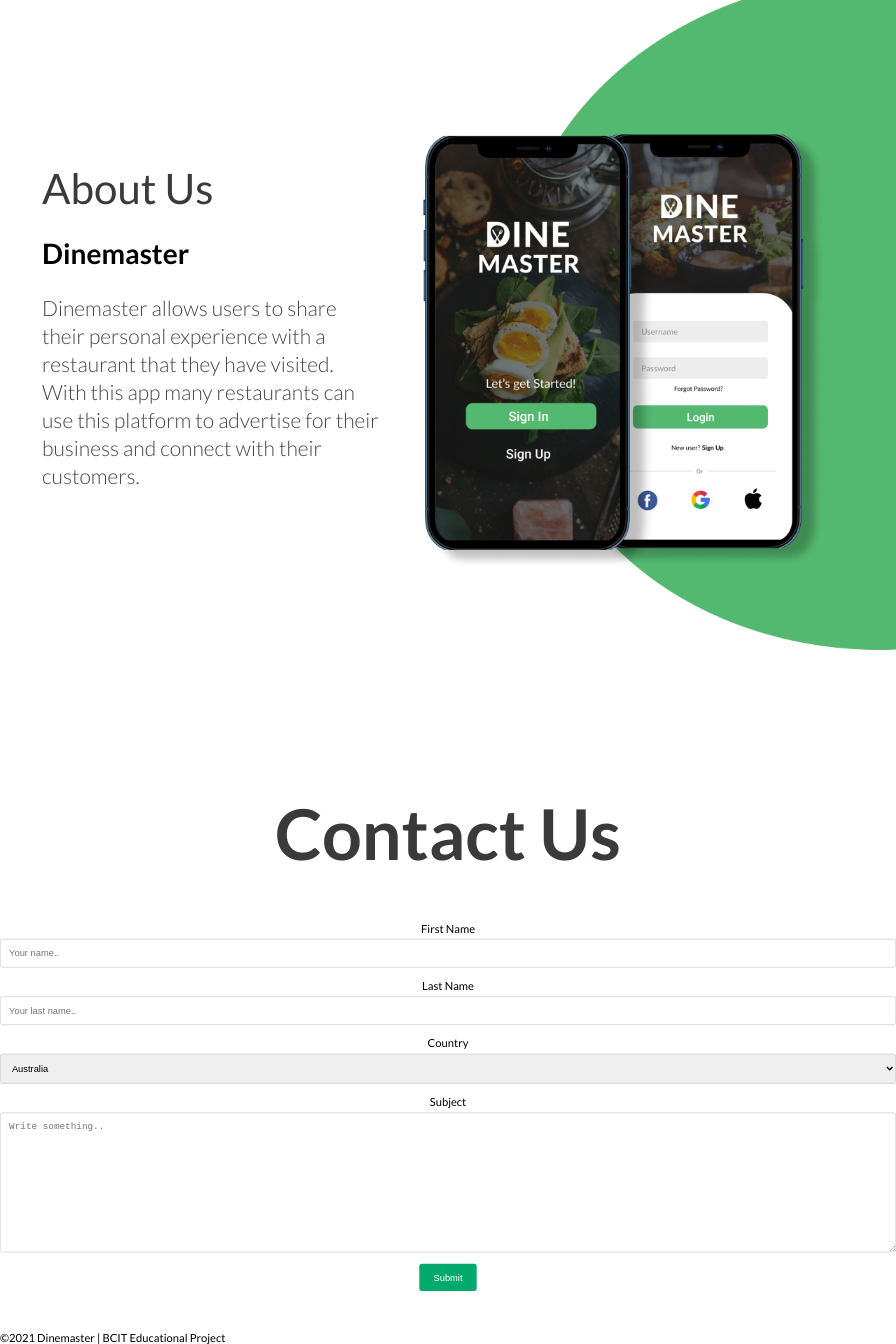
Repository: leahma1208/dinemaster
Page: index.html
These files come from the project's save history. The page is drawn as it stood at one moment and after the next save; the edit follows.
The browser window is 1280 px wide. The pictures show the part of the page from y = 3156 to 5076 px (the page is 5076 px tall), at 70% of full size.
A picture or video elsewhere on the page could not be fetched, so the positions and the page height are approximate.

Above is the page before, as saved 2021-05-07 10:51:51.

### index.html
<!DOCTYPE html>
<html lang="en">
<head>
    <meta charset="UTF-8">
    <meta http-equiv="X-UA-Compatible" content="IE=edge">
    <meta name="viewport" content="width=device-width, initial-scale=1.0">
    <link rel="stylesheet" href="style.css">
    <link rel="preconnect" href="https://fonts.gstatic.com">
<link href="https://fonts.googleapis.com/css2?family=Lato:ital,wght@0,300;0,400;0,700;0,900;1,400;1,700;1,900&display=swap" rel="stylesheet">
    <title>Dinemaster</title>
</head>
<body>
    <div class="holder">
    <div class="main-nav">
        <div class="logo"><img src="/img/Logo.svg" alt=""></div>
        <div class="nav">
            <a href="#feature">Features</a>
            <a href="#down">Download</a>
            <a href="">About us</a>
        </div>
    </div>
<!-- =========INTRO================= -->
    <div class="col intro">
        <div class="head-cont">
            <div class="head">Share, Post, Like &<br> Review Restaurants</div>
            <div class="text">Share your favourite restaurants visits with your friends and family! Keep track of your visits and rate other restaurants.</div>
        </div>

        <div class="vid">
            <iframe width="700" height="400" src="https://www.youtube.com/embed/nbFm3E9IjMM" title="YouTube video player" frameborder="0" allow="accelerometer; autoplay; clipboard-write; encrypted-media; gyroscope; picture-in-picture" allowfullscreen></iframe>
        </div>

    </div>

<!-- =========PERSONAL ACCOUNTS================= -->
    <div class="col personal" id="feature">
        <div class="personal-img">
            <img src="/img/personal.svg" alt="personal">
        </div>

        <div class="per-cont">
            <div class="head">Personal Accounts</div>
            <div class="text ">Post your favourite meal and keep track of your previous visits! Recommend your favourite restaurants to your friends and family.</div>
        </div>
    </div>


    <!-- =========BUSINESS ACCOUNTS================= -->
    <div class="col business">

        <div class="per-cont">
            <div class="head">Business Accounts</div>
            <div class="text ">Are you a business owner? Advertise your business by posting your restaurant menus and daily specials. Also, receive customer feedbacks to improve and promote your business.</div>
        </div>

        <div class="business-img">
            <img src="/img/business.svg" alt="business">
        </div>
    </div>

    <!--================ DOWNLOAD APP============== -->
    <div class="download" id="down">
        <div class="down-cont">
            <div class="bighead">Download App</div>
            <div class="text">Install the app today to share your favourite restaurants with your friends and family!</div>
        </div>
        <div class="down-img">
            <img src="/img/download.svg" alt="download">
        </div>
        <div class="down-buttons">
            <img src="/img/app store.svg" alt="app store">
            <img src="/img/google play.svg" alt="playstore">
        </div>
    </div>

     <!-- =========ABOUT US================= -->
        <div class="col aboutus">

            <div class="per-cont">
                <div class="head">About Us</div>
                <h2 class="dine">Dinemaster</h2>
                <div class="text ">Dinemaster allows users to share their personal experience with a restaurant that they have visited. With this app many restaurants can use this platform to advertise for their business and connect with their customers.</div>
            </div>

            <div class="business-img">
                <img src="/img/Aboutus.png" alt="aboutus">
            </div>
        </div>

<!-- =========Team Members================= -->


<!-- =========Contact Us================= -->
        <div>
            <h1 class="Contact">Contact Us</h1>
            <form action="/action_page.php" class="submit">
                <label for="fname">First Name</label>
                <input type="text" id="fname" name="firstname" placeholder="Your name..">

                <label for="lname">Last Name</label>
                <input type="text" id="lname" name="lastname" placeholder="Your last name..">

                <label for="country">Country</label>
                <select id="country" name="country">
                  <option value="australia">Australia</option>
                  <option value="canada">Canada</option>
                  <option value="usa">USA</option>
                </select>

                <label for="subject">Subject</label>
                <textarea id="subject" name="subject" placeholder="Write something.." style="height:200px"></textarea>

                <input type="submit" value="Submit" >
              </form>
        </div>
<br>
<br>
<br>
<!-- =========Copy Right================= -->
<div class="copyright">
    ©2021 Dinemaster | BCIT Educational Project
</div>
</div>
</body>
</html>

### style.css
body,
html {
  margin: 0;
}

.holder {
  font-family: "Lato", sans-serif;
}

/* ===============NAV BAR============ */
.main-nav {
  display: flex;
  padding-top: 50px;
  justify-content: space-between;
  max-width: 90vw;
  margin: auto;
}

.logo > img {
  width: 350px;
}

.nav {
  display: flex;
  justify-content: space-between;
  min-width: 650px;
}

.nav > a {
  text-decoration: none;
  color: #222222;
  font-size: 30px;
}

a:hover {
  color: #727272;
}
/* ===========FIRST COL=================== */

.col {
  display: flex;
}

.intro {
  max-width: 90vw;
  margin: auto;
  margin-top: 300px;
  justify-content: space-between;
}

.head {
  font-size: 60px;
  color: #3a3a3a;
  font-weight: 400;
}
.text {
  font-size: 30px;
  line-height: 40px;
  color: #444444;
  margin-top: 30px;
  font-weight: 300;
  max-width: 700px;
}

.vid {
  margin-left: 100px;
}

/* ========PERSONAL============== */
.personal {
  margin-top: 150px;
  justify-content: space-between;
}

.personal-img {
  margin-right: 100px;
}

.per-cont {
  margin: auto;
  padding: 60px;
}

/* ========BUSINESS============== */
.business {
  margin-top: 100px;
  justify-content: space-between;
}

/* ======DOWNLOAD============= */

.download {
  max-width: 90vw;
  margin: auto;
  display: flex;
  flex-direction: column;
  justify-content: center;
  align-items: center;
}

.down-cont {
  margin-top: 250px;
  text-align: center;
}

.bighead {
  font-size: 100px;
  font-weight: 700;
  color: #3a3a3a;
}

.down-img {
  margin-top: 100px;
  margin-bottom: 100px;
}

.down-buttons {
  display: flex;
  justify-content: space-around;
}

.down-buttons > img {
  padding: 10px;
}

/* ======ABOUTUS============= */
.dine{
font-size: 40px;
}

/*==========Contact==============*/


input[type=text], select, textarea {
  width: 100%;
  padding: 12px;
  border: 1px solid #ccc;
  border-radius: 4px;
  box-sizing: border-box;
  margin-top: 6px;
  margin-bottom: 16px;
  resize: vertical;
}

input[type=submit] {
  background-color: #04AA6D;
  color: white;
  padding: 12px 20px;
  border: none;
  border-radius: 4px;
  cursor: pointer;
}

input[type=submit]:hover {
  background-color: #45a049;
}

.container {
  border-radius: 5px;
  background-color: #f2f2f2;
  padding: 20px;
}

.Contact{
  display: flex;
  justify-content: center;
  font-size: 100px;
  font-weight: 700;
  color: #3a3a3a;
}

.submit{
  display: flex;
  align-items: center;
  flex-direction: column;
}
/*========Copy========*/

.copyright{
  display: flex;
  align-items: ;
}

After the next save:
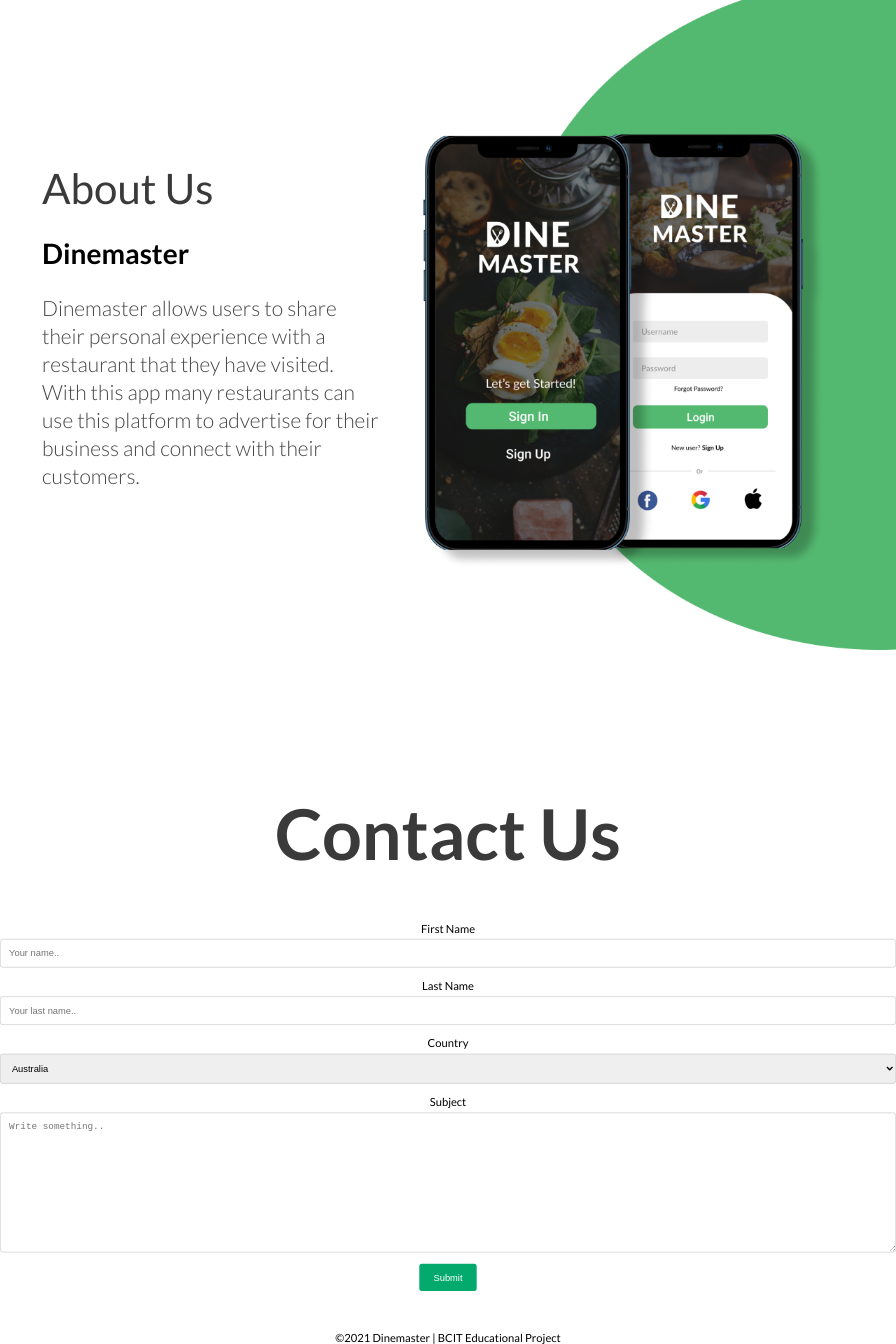
Saved 7 s later.
--- a/style.css
+++ b/style.css
@@ -178,5 +178,6 @@
 
 .copyright{
   display: flex;
-  align-items: ;
+  align-items: center;
+  justify-content: center;
 }
